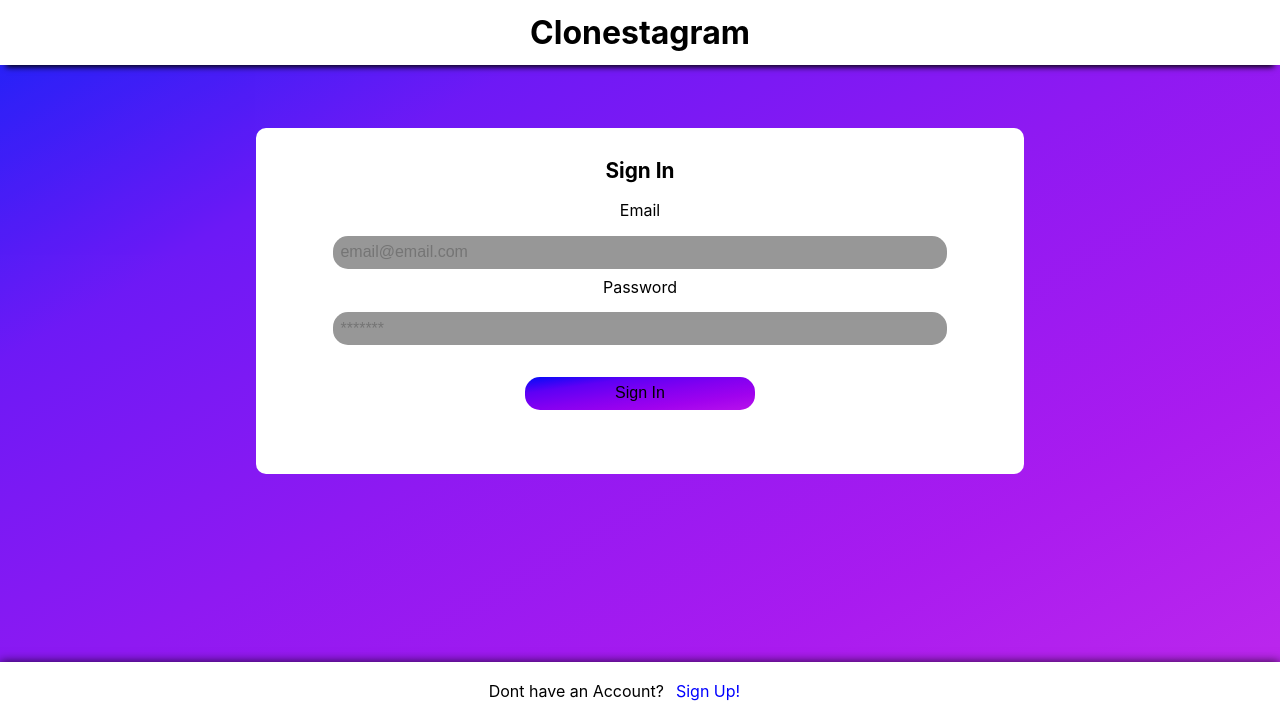
Repository: MikeMoore55/clonestagram
Page: /signin
An editor plug-in stored every save of this project. The page is shown before and after a run of saves, followed by the edit.
The browser window is 1280 px wide. The pictures show the whole page.
The page's requests for data from a server got no answer. The project was rebuilt for these pictures with package versions that can differ from the ones it lists, and the page was loaded fresh each time. The framework's server and built-in components were replaced by stand-ins that run in the browser. No one was signed in, and anything a server would have sent is missing. Also part of the build but not shown: next.config.js.

Above is the page before, as saved 2022-11-18 09:04:26.

### pages/_app.jsx
import Layout from '../components/Layout/Layout';
import '../styles/globals.css';

export default function MyApp({ Component, pageProps }) {
  return (
    <Layout>
      <Component {...pageProps} />
    </Layout>
  );
};

### pages/signin.jsx
import React from 'react';
import { SupaBaseDB } from '../utils/dbconnect';
import SignInForm from '../components/Auth/SignInForm';

export default function signin({accounts}) {
  return (
    <div>
      <SignInForm accounts={accounts} />
    </div>
  );
};

export const getStaticProps = async () => {
    const accounts = await SupaBaseDB
      .from("account")
      .select('*')

    const userAccounts = accounts.data;

    return {
        props: {
            accounts: userAccounts
        }
    };
};

### components/Layout/Layout.jsx
import React from 'react';
import Header from './Header';

export default function Layout({children}) {
  return (
    <div id='Layout'>
      <Header />
      {children}
    </div>
  );
};

### styles/globals.css
html,
body {
  padding: 0;
  margin: 0;
  font-family: -apple-system, BlinkMacSystemFont, Segoe UI, Roboto, Oxygen,
    Ubuntu, Cantarell, Fira Sans, Droid Sans, Helvetica Neue, sans-serif;
}

a {
  color: inherit;
  text-decoration: none;
}

* {
  box-sizing: border-box;
}

@media (prefers-color-scheme: dark) {
  html {
    color-scheme: dark;
  }

  body {
    color: black;
    background: rgb(234, 233, 233);
  }
}

### utils/dbconnect.js
import { createClient } from "@supabase/supabase-js";

const supabaseUrl = process.env.NEXT_PUBLIC_SUPABASE_URL;
const supabaseApi = process.env.NEXT_PUBLIC_SUPABASE_API_KEY;

export const SupaBaseDB = createClient(supabaseUrl, supabaseApi);

### components/Auth/SignInForm.jsx
import React,{useState} from 'react';
import Link from 'next/link';
import { useRouter } from 'next/router';
import { useCookies } from 'react-cookie';
import styles from '../../styles/SignIn.module.css';

export default function SignInForm({accounts}) {

    const allAccounts = accounts;

    const router = useRouter();

    const [email, setEmail] = useState('');
    const [password, setPassword] = useState('');
    const [errmsg, setErrmsg] = useState('');

    const [cookie, setCookie] = useCookies(["user"]);

    const handleSignIn = async (event) => {

        if (email === '' && password === '') {
            event.preventDefault();
            setErrmsg('Fields cannot be left blank');
        }
        else {

            event.preventDefault();

            // make sure that the input email matched any of those within the db (accounts)
            var indexNr = -1;
            for(var i=0; i < allAccounts.length; i++) {
                if(allAccounts[i].email == email) {
                indexNr = i;
                break;
                }
            }

            //get user account if email exists in accounts in db
            const account = allAccounts[indexNr]


            if (password !== account.password) {
                setErrmsg('password is incorrect, try again');
            }
            else {
                //have the user id set as cookie to be used across the application
                setCookie("user", account.id, {
                path: "/",
                maxAge: 1800,
                sameSite: true,
                });
                setErrmsg('');
                router
                .push({
                    pathname: '/feed', // when successful take to the feed page
                })
            };
        };
    };

    return (
        <div className={styles.container}>

            <form onSubmit={handleSignIn} className={styles.signInForm}>

                <h2 className={styles.heading}>
                    Sign In
                </h2>

                <label className={styles.label}>
                    Email
                </label>
                <input
                className={styles.input}
                type='email'
                value={email}
                onChange={(e) => setEmail(e.target.value)}
                placeholder="email@email.com" />

                <label className={styles.label}>
                    Password
                </label>
                <input
                className={styles.input}
                type='password'
                value={password}
                onChange={(e) => setPassword(e.target.value)}
                placeholder="*******" />

                <p className={styles.errMsg}>
                    {errmsg}
                </p>

                <button className={styles.btn} type='submit'>
                    Sign In
                </button>

            </form>

            <div className={styles.backgroundFeature}>
                1
            </div>

            <div className={styles.signUpSection}>
                Dont have an Account?
                <span className={styles.signUpText}>
                    <Link href='/signup'>
                        Sign Up!
                    </Link>
                </span>
            </div>

        </div>
    );
};

### components/Layout/Header.jsx
import React from 'react';
import styles from '../../styles/Header.module.css';

export default function Header() {
    return (
        <header className={styles.header}>
            <h1>Clonestagram</h1>
        </header>
    );
};

### styles/SignIn.module.css
.container {
    position: relative;
    padding-top: 30%;
}

.signInForm {
    position: relative;
    padding: 2% 0% 3% 0%;
    width: 80%;
    margin: 3% 10% 5% 10%;
    text-align: center;
    background-color: white;
    border-radius: 10px;
}

.heading {
    position: relative;
    text-align: center;
    font-size: 1.6em;
}

.label {
    position: relative;
    text-align: center;
    font-size: 1.1em;

}

.input {
    position: relative;
    margin: 5% 10% 5% 10%;
    width: 80%;
    background-color: rgb(151, 151, 151);
    border: none;
    border-radius: 10px;
    font-size: 1em;
    padding: 1%;
    color: black;
}

.input:active {
    border: 1px blue solid;
    transform: scale(1.1);
}

.input:hover {
    border: 1px blue solid;
    transform: scale(1.1);
}

.errMsg {
    position: relative;
    color: red;
}

.btn {
    position: relative;
    border: none;
    background-image: linear-gradient(to right bottom, #000bf8, #5e00f5, #8300f1, #a002ee, #b812eb);
    border-radius: 10px;
    padding: 2% 2% 2% 2%;
    width: 40%;
    margin: 1% 30% 1% 30%;
    font-size: 1em;
}

.btn:active {
    transform: scale((0.9));
}

.backgroundFeature {
    position: fixed;
    color: transparent;
    background-image: linear-gradient(to right bottom, #000bf8, #5e00f5, #8300f1, #a002ee, #b812eb);
    width: 100%;
    height: 100%;
    bottom: 0%;
    right: 0%;
    top: 0%;
    left: 0%;
    z-index: -1;
    opacity: 0.9;
}

.signUpSection {
    position: fixed;
    width: 100%;
    bottom: 0%;
    left: 0%;
    right: 0%;
    box-shadow: 0px 0 10px rgba(0, 0, 0, 0.8);
    padding: 5% 5% 5% 5%;
    background-color: white;
    text-align: center;
}

.signUpText {
    position: relative;
    color: blue;
    margin-left: 2%;
}

@media (min-width: 490px) {
    .container {
        padding-top: 23%;
    }

    .signInForm {
        padding: 3% 0% 3% 0%;
        margin: 3% 10% 5% 10%;
    }

    .heading {
        font-size: 2.2em;
    }

    .label {
        font-size: 1.5em;
    }

    .input {
        margin: 3% 10% 4% 10%;
        font-size: 1.3em;
        padding: 1%;
        border-radius: 15px;
    }

    .errMsg {
        font-size: 1.3em;
    }

    .btn {
        margin: 1% 30% 1% 30%;
        font-size: 1.5em;
        border-radius: 15px;
    }

    .signUpSection {
        padding: 4% 5% 4% 5%;
        font-size: 1.4em;
    }

    .signUpText {
        position: relative;
        color: blue;
        margin-left: 2%;
    }
}

@media (min-width: 1000px) {
    .container {
        padding-top: 8%;
    }

    .signInForm {
        padding: 1% 0% 2% 0%;
        margin: 2% 20% 1% 20%;
        width: 60%;
    }

    .heading {
        font-size: 1.3em;
    }

    .label {
        font-size: 1em;
    }

    .input {
        margin: 2% 10% 1% 10%;
        font-size: 1em;
        padding: 1%;
    }

    .errMsg {
        font-size: 1em;
    }

    .btn {
        margin: 1% 35% 5% 35%;
        width: 30%;
        font-size: 1em;
        padding: 1% 1% 1% 1%;
    }

    .signUpSection {
        padding: 1.5% 5% 1.5% 1%;
        font-size: 1em;
    }

    .signUpText {
        position: relative;
        color: blue;
        margin-left: 1%;
    }
}

### styles/Header.module.css
.header {
    position: fixed;
    top: 0%;
    left: 0%;
    right: 0%;
    width: 100%;
    text-align: center;
    background-color: white;
    box-shadow: 0 8px 6px -6px black;
    z-index: 5;
    margin: 0%;
    padding: 3.5%;
}

.header h1 {
    margin: 0%;
    padding: 0%;
}


@media (min-width: 490px) {
    .header {
        padding: 3%;
    }

    .header h1 {
        font-size: 2.7em;
    }
}

@media (min-width: 1000px) {
    .header {
        padding: 1%;
    }

    .header h1 {
        font-size: 2em;
    }
}

After the next 2 saves:
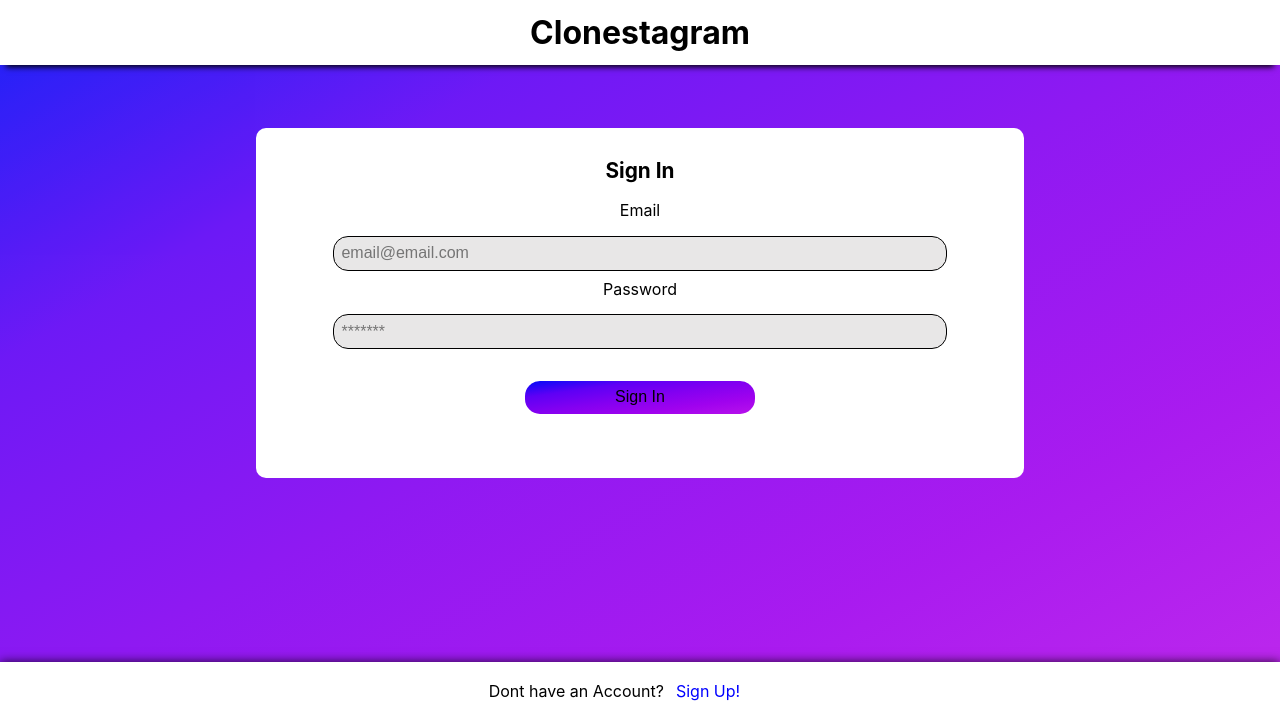
The 2 saves are shown as one change because they came seconds apart.
The last was saved 38 s later.
--- a/styles/SignIn.module.css
+++ b/styles/SignIn.module.css
@@ -30,8 +30,8 @@
     position: relative;
     margin: 5% 10% 5% 10%;
     width: 80%;
-    background-color: rgb(151, 151, 151);
-    border: none;
+    background-color: rgb(232, 231, 231);
+    border: solid 1px black;
     border-radius: 10px;
     font-size: 1em;
     padding: 1%;
